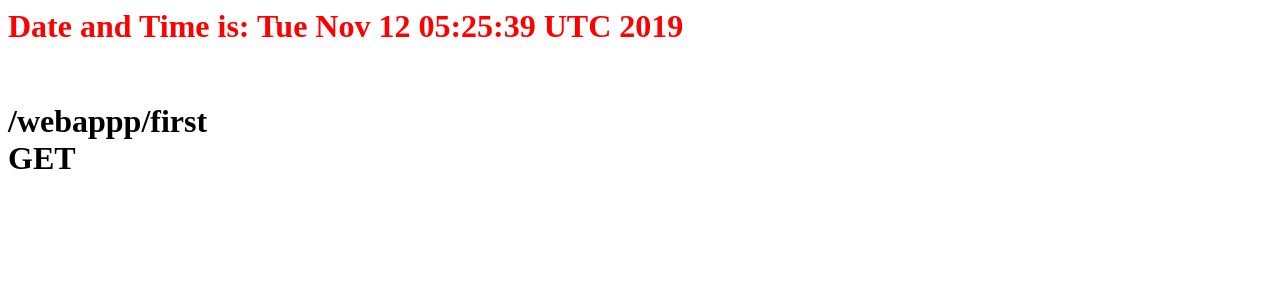
Repository: pawankumarsharm/UST_JDBC_SERVLET
Page: http://localhost/webappp/first
These files come from the project's save history. The page is drawn as it stood at one moment and after the next save; the edit follows.
The browser window is 1280 px wide. The pictures show the whole page.
The page is served by Tomcat 9.

Above is the page before, as saved 2019-11-13 11:44:08.

After the next save:
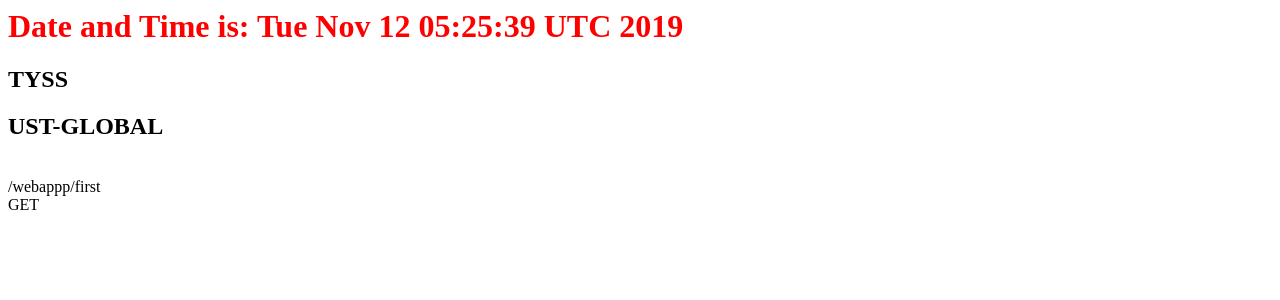
Saved 5 min 4 s later.
--- a/jdbc/webappp/src/com/ustglobal/webappp/servlet/MyFirstServlet.java
+++ b/jdbc/webappp/src/com/ustglobal/webappp/servlet/MyFirstServlet.java
@@ -35,8 +35,16 @@
 
 		Date date = new Date();//date is a java object, we are creating it for getting the current date.
 		out.println("<h1 style='color:Red'>Date and Time is:");// generate  the string repressention of string
-		out.println(date.toString());
-		out.println("<h1>");
+		out.println(date);
+		out.println("</h1>");
+
+		out.println("<h2>");
+		out.println(companyName);
+		out.println("</h2>");
+
+		out.println("<h2>");
+		out.println(batchName);
+		out.println("</h2>");
 
 		String url=req.getRequestURI();
 		String method=req.getMethod();
